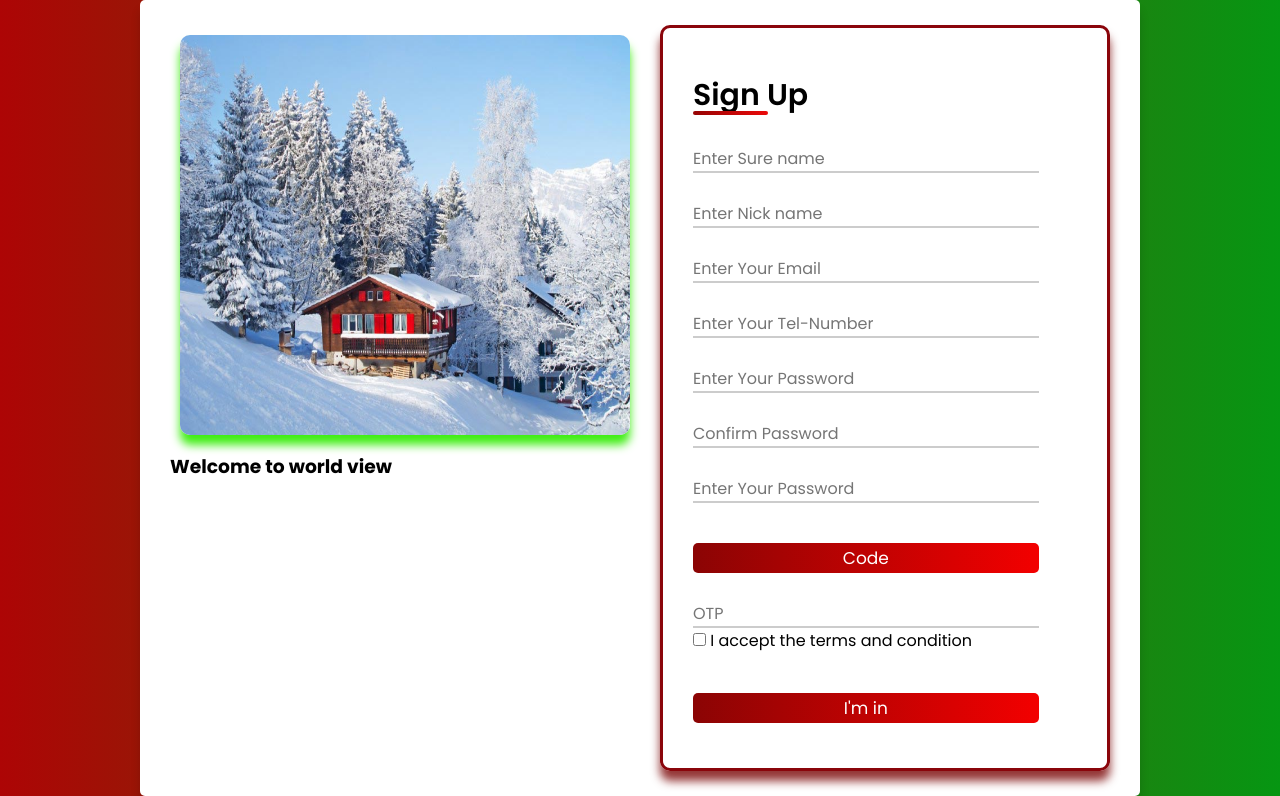
Repository: dev-ashik/Halloween
Page: Reg Page/Index.html
These files come from the project's save history. The page is drawn as it stood at one moment and after the next save; the edit follows.
The browser window is 1280 px wide. The pictures show the whole page.

Above is the page before, as saved 2021-12-21 22:34:36.

### Reg Page/Index.html
<!DOCTYPE html>
<html lang="en">

<head>
    <meta charset="UTF-8">
    <meta http-equiv="X-UA-Compatible" content="IE=edge">
    <meta name="viewport" content="width=device-width, initial-scale=1.0">
    <title>Regristration page</title>
    <link rel="stylesheet" href="CSS/main.css">
</head>

<body>
    <div class="con">
        <div class="bann">
            <img src="IMG/banner.jpg" alt=""><br/>
            <h3>Welcome to world view</h3>
        </div>
        <div class="form">
            <form action="#">
                <div class="title">Sign Up</div>
                <div class="box">
                    <input type="text" placeholder="Enter Sure name" id="fn" required>
                    <div class="underline"></div>
                </div>
                <div class="box"> <input type="text" placeholder="Enter Nick name" id="ln" required>
                    <div class="underline"></div>
                </div>
                <div class="box underline">
                    <input type="text" placeholder="Enter Your Email" id="mail" required>
                    <div class="underline"></div>
                    <!--Email Field with velidation-->
                </div>
                <div class="box underline">
                    <input type="text" placeholder="Enter Your Tel-Number" id="number" required>
                    <div class="underline"></div>
                </div>
                <div class="box">
                    <input type="password" placeholder="Enter Your Password" id="pwd" required>
                    <div class="underline"></div>
                    <!--Password Field with velidation-->
                </div>
                <div class="box">
                    <input type="password" placeholder="Confirm Password" id="pwd" required>
                    <div class="underline"></div>
                </div>
                <div class="box">
                    <input type="password" placeholder="Enter Your Password" id="pwd" required>
                    <div class="underline"></div>
                </div>
                <div class="box button">
                    <button onclick="vercod()" id="vc">Code</button>
                    <!--Code form-->
                </div>
                <div class="box">
                    <input type="text" placeholder="OTP" id="otp" required>
                    <div class="underline"></div>
                    <!--Security Code with velidation-->
                </div>
                <div class="Agreement">
                    <input type="checkbox" id="cb" value="Agree">
                    <label for="Agree">I accept the terms and condition</label>
                    <!--Agreement box-->
                </div>
                <div class="box button">
                    <button onclick="sub()">I'm in</button>
                </div>
            </form>
        </div>
    </div>
</body>
<script src="JS/main.js"></script>

</html>

### Reg Page/CSS/main.css
@import url('https://fonts.googleapis.com/css2?family=Poppins:wght@200;300;400;500;600;700&display=swap');
@import url('https://fonts.googleapis.com/css2?family=Poppins:wght@200;300;400;500;600;700&display=swap');
* {
    margin: 0;
    padding: 0;
    box-sizing: border-box;
    font-family: 'Poppins', sans-serif;
}

html,
body {
    display: grid;
    height: 100vh;
    width: 100%;
    place-items: center;
    background: linear-gradient(to right, #ad0505 0%, #069612 100%);
}

 ::selection {
    background: #ff80bf;
}

.con {
    background: #fff;
    max-width: 1000px;
    width: 100%;
    padding: 25px 30px;
    border-radius: 5px;
    box-shadow: 0 10px 10px rgba(0, 0, 0, 0.15);
}

.con .bann {
    float: left;
    width: 450px;
}

.con .bann img {
    width: 100%;
    height: 400px;
    border-radius: 10px;
    margin: 10px;
    box-shadow: 0 10px 10px #40ee14;
}

.con .form {
    float: right;
    border: 3px solid rgb(138, 5, 11);
    border-radius: 10px;
    padding: 25px 30px;
    max-width: 450px;
    width: 100%;
    box-shadow: 0 10px 10px rgba(121, 4, 4, 0.795);
}

.con .form form .title {
    font-size: 30px;
    font-weight: 600;
    margin: 20px 0 10px 0;
    position: relative;
}

.con .form form .title:before {
    content: '';
    position: absolute;
    height: 4px;
    width: 75px;
    left: 0px;
    bottom: 3px;
    border-radius: 5px;
    background: linear-gradient(to right, #960404 0%, #eb0909 100%);
}

.con .form form .box {
    width: 90%;
    height: 30px;
    margin-top: 25px;
    position: relative;
}

.con .form form .box input {
    width: 100%;
    height: 100%;
    outline: none;
    font-size: 16px;
    border: none;
}

.con .form form .underline::before {
    content: '';
    position: absolute;
    height: 2px;
    width: 100%;
    background: #ccc;
    left: 0;
    bottom: 0;
}

.con .form form .underline::after {
    content: '';
    position: absolute;
    height: 2px;
    width: 100%;
    background: linear-gradient(to right, rgb(136, 2, 2) 0%, #f10404 100%);
    left: 0;
    bottom: 0;
    transform: scaleX(0);
    transform-origin: left;
    transition: all 0.3s ease;
}

.con .form form .box input:focus~.underline::after,
.con .form form .box input:valid~.underline::after {
    transform: scaleX(1);
    transform-origin: left;
}

.con .form form .button {
    margin: 40px 0 20px 0;
}

.con .form .box button {
    width: 100%;
    height: 100%;
    outline: none;
    font-size: 16px;
    border: none;
    background: linear-gradient(to right, #8b0404 0%, #f30000 100%);
    font-size: 17px;
    color: #fff;
    border-radius: 5px;
    cursor: pointer;
    transition: all 0.3s ease;
}

.con .form .box button:hover {
    letter-spacing: 1px;
    background: linear-gradient(to left, #8a0404 0%, #fc0707 100%);
}

footer {
    text-align: center;
    font-size: 30px;
    color: greenyellow;
}

footer:hover {
    color: greenyellow;
    text-shadow: 1px 1px 2px black, 0 0 25px rgb(11, 247, 3), 0 0 5px rgb(10, 255, 1);
}

Loaded but not shown: Reg Page/JS/main.js (no stored copy; drawn as an empty file)

After the next save:
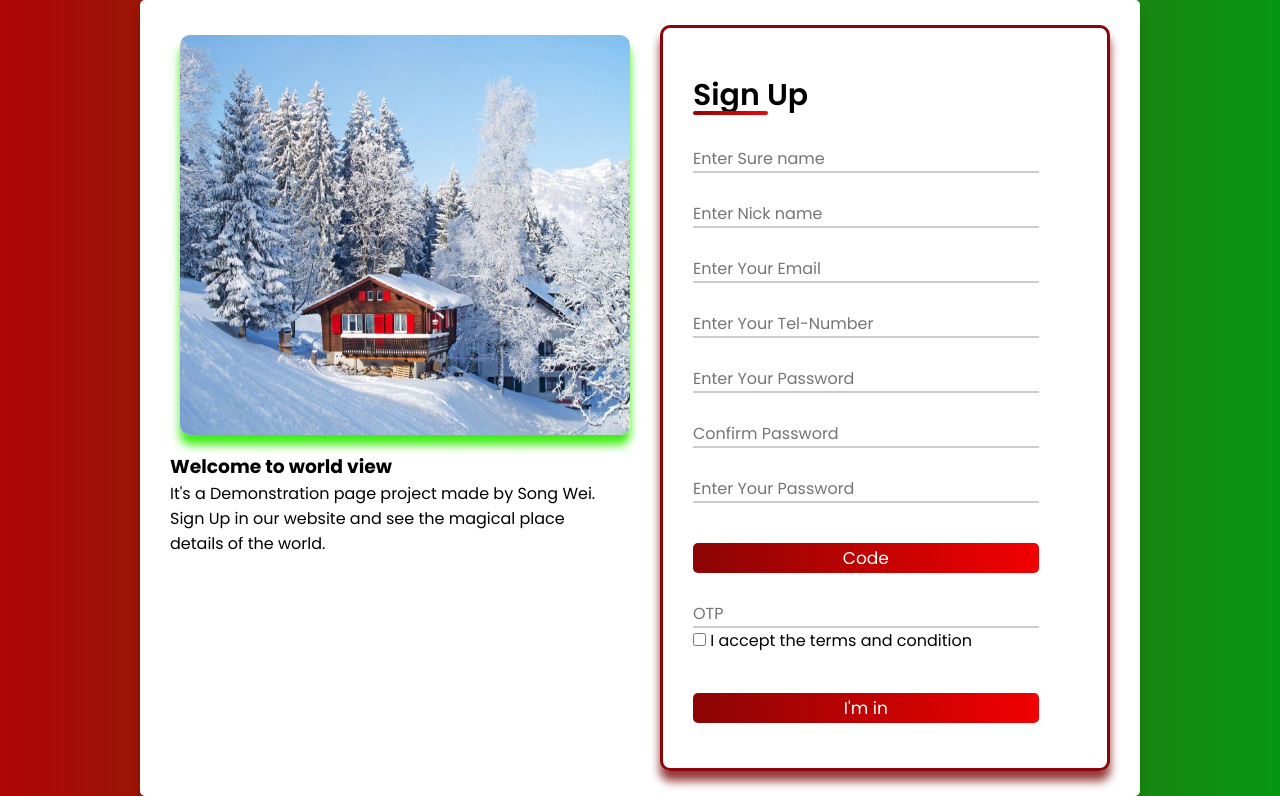
Saved 92 s later.
--- a/Reg Page/Index.html
+++ b/Reg Page/Index.html
@@ -14,6 +14,8 @@
         <div class="bann">
             <img src="IMG/banner.jpg" alt=""><br/>
             <h3>Welcome to world view</h3>
+            <p>It's a Demonstration page project made by Song Wei. Sign Up in our website and see the magical place details of the world.
+            </p>
         </div>
         <div class="form">
             <form action="#">
